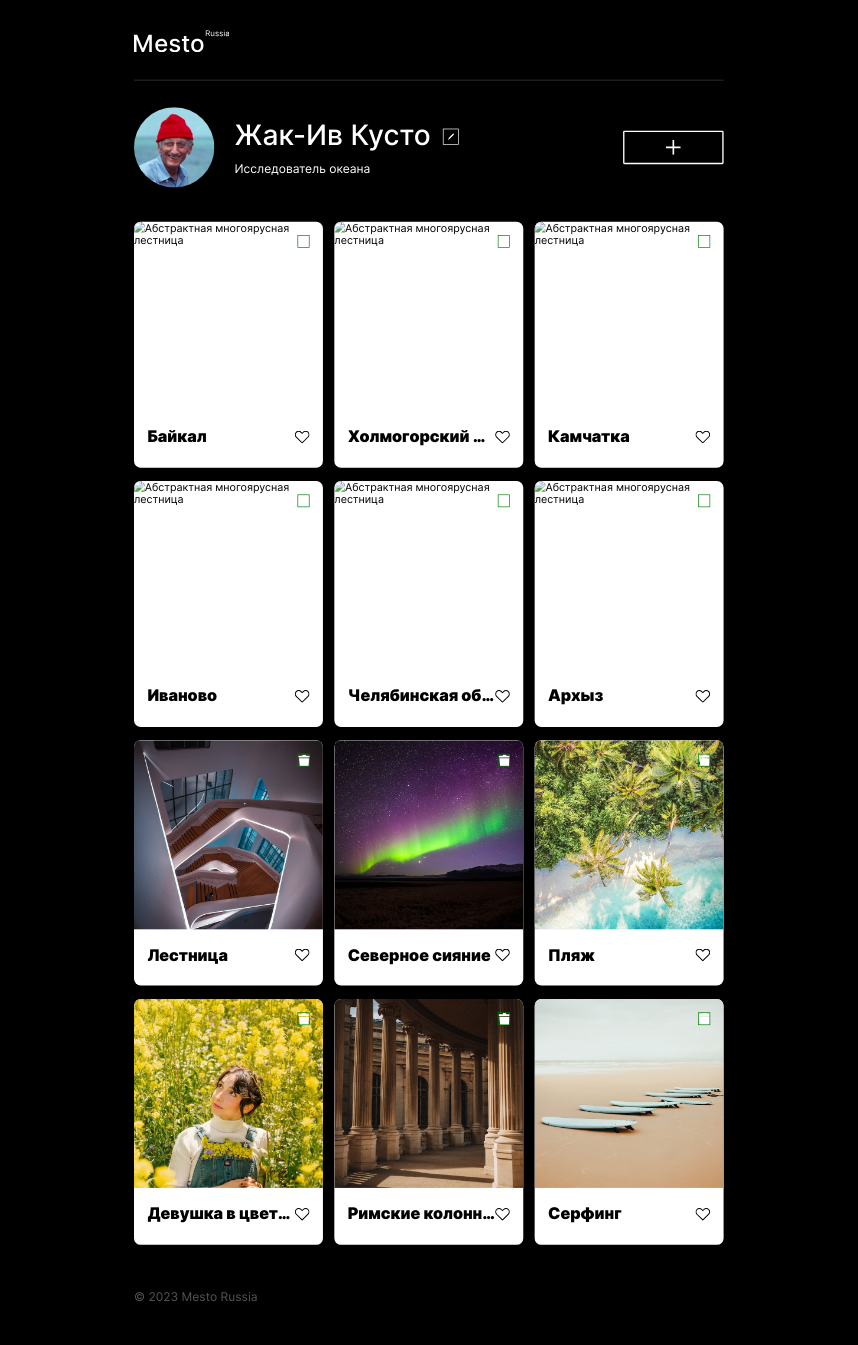
Repository: Dmitry-Rusinov/mesto
Page: index.html
These files come from the project's save history. The page is drawn as it stood at one moment and after the next save; the edit follows.
The browser window is 1280 px wide. The pictures show the whole page, at 67% of full size.

Above is the page before, as saved 2023-05-12 15:40:35.

### index.html
<!DOCTYPE html>
<html lang="ru">
  <head>
    <meta charset="UTF-8" />
    <meta name="viewport" content="width=device-width, initial-scale=1.0" />
    <link rel="stylesheet" href="./pages/index.css" />
    <title>Третий проект Яндекс.Практикум "Место"</title>
  </head>
  <body class="page">
    <div class="content">
      <header class="header">
        <img
          src="./images/logo.svg"
          alt="Логотип проекта Место.Россия"
          class="header__logo"
        />
      </header>
      <main>
        <section class="profile">
          <img
            src="./images/image.jpg"
            alt="Фотография пользователя"
            class="profile__avatar"
          />
          <div class="profile__info">
            <h1 class="profile__info-title">Жак-Ив Кусто</h1>
            <button
              type="button"
              title="Кнопка редактирования профиля"
              class="profile__edit-button"
            ></button>
            <p class="profile__subtitle">Исследователь океана</p>
          </div>
          <button
            type="button"
            title="Кнопка добавления фото-карточки"
            class="profile__add-button"
          ></button>
        </section>
        <section class="elements">
          <ul class="elements__card">
            <template id="template-card">
              <li class="elements__card-content">
              <img
                alt="Абстрактная многоярусная лестница"
                class="elements__picture"
              />
              <button type="button" title="Кнопка удаления карточки" class="elements__button-delete"></button>
              <div class="elements__description">
                <div class="elements__container">
                  <h2 class="elements__title"></h2>
                  <button
                    type="button"
                    title="Кнопка лайка картинки"
                    class="elements__button-like"
                  ></button>
                </div>
              </div>
              </li>
            </template>
            <li class="elements__card-content">
              <img
                src="./images/andrea-de-santis-Hu1ixxtInvs-unsplash.jpg"
                alt="Абстрактная многоярусная лестница"
                class="elements__picture"
              />
              <button type="button" title="Кнопка удаления карточки" class="elements__button-delete"></button>
              <div class="elements__description">
                <div class="elements__container">
                  <h2 class="elements__title">Лестница</h2>
                  <button
                    type="button"
                    title="Кнопка лайка картинки"
                    class="elements__button-like"
                  ></button>
                </div>
              </div>
            </li>
            <li class="elements__card-content">
              <img
                src="./images/david-becker-pEqvRg-o-PY-unsplash.jpg"
                alt="Северное сияние"
                class="elements__picture"
              />
              <button type="button" title="Кнопка удаления карточки" class="elements__button-delete"></button>
              <div class="elements__description">
                <div class="elements__container">
                  <h2 class="elements__title">Северное сияние</h2>
                  <button
                    type="button"
                    title="Кнопка лайка картинки"
                    class="elements__button-like"
                  ></button>
                </div>
              </div>
            </li>
            <li class="elements__card-content">
              <img
                src="./images/hamdhulla-shakeeb-S98UHzzXq_E-unsplash.jpg"
                alt="Пляж с пальмами и голубой водой"
                class="elements__picture"
              />
              <button type="button" title="Кнопка удаления карточки" class="elements__button-delete"></button>
              <div class="elements__description">
                <div class="elements__container">
                  <h2 class="elements__title">Пляж</h2>
                  <button
                    type="button"
                    title="Кнопка лайка картинки"
                    class="elements__button-like"
                  ></button>
                </div>
              </div>
            </li>
            <li class="elements__card-content">
              <img
                src="./images/josh-hild-znpfVkfxRgk-unsplash.jpg"
                alt="Девушка с удивленным взглядом в поле цветов"
                class="elements__picture"
              />
              <button type="button" title="Кнопка удаления карточки" class="elements__button-delete"></button>
              <div class="elements__description">
                <div class="elements__container">
                  <h2 class="elements__title">Девушка в цветах</h2>
                  <button
                    type="button"
                    title="Кнопка лайка картинки"
                    class="elements__button-like"
                  ></button>
                </div>
              </div>
            </li>
            <li class="elements__card-content">
              <img
                src="./images/mat-5DDrT2ioNuI-unsplash.jpg"
                alt="Римские колонны"
                class="elements__picture"
              />
              <button type="button" title="Кнопка удаления карточки" class="elements__button-delete"></button>
              <div class="elements__description">
                <div class="elements__container">
                  <h2 class="elements__title">Римские колонны</h2>
                  <button
                    type="button"
                    title="Кнопка лайка картинки"
                    class="elements__button-like"
                  ></button>
                </div>
              </div>
            </li>
            <li class="elements__card-content">
              <img
                src="./images/shana-van-roosbroek-nkS1Y4KsEAw-unsplash.jpg"
                alt="Доски для серфинга на пляже"
                class="elements__picture"
              />
              <button type="button" title="Кнопка удаления карточки" class="elements__button-delete"></button>
              <div class="elements__description">
                <div class="elements__container">
                  <h2 class="elements__title">Серфинг</h2>
                  <button
                    type="button"
                    title="Кнопка лайка картинки"
                    class="elements__button-like"
                  ></button>
                </div>
              </div>
            </li>
          </ul>
        </section>
      </main>
      <footer class="footer">
        <p class="footer__text">© 2023 Mesto Russia</p>
      </footer>
    </div>
    <div class="popup">
      <div class="popup__container">
        <button
          type="button"
          class="popup__closed"
          title="Кнопка закрытия формы"
        ></button>
        <h2 class="popup__title">Редактировать профиль</h2>
        <form name="form" class="popup__form">
          <fieldset class="popup__content">
            <input
              class="popup__input popup__input_user_name"
              type="text"
              id="user-name"
              placeholder="Как вас зовут?"
              minlength="1"
              maxlength="200"
              name="name"
            />
            <input
              class="popup__input popup__input_user_job"
              type="text"
              id="description"
              placeholder="Дополнитерьная информация"
              minlength="1"
              maxlength="400"
              name="job"
            />
          </fieldset>
          <button type="submit" class="popup__submit" value="eddit">
            Сохранить
          </button>
        </form>
      </div>
    </div>
    <script src="./scripts/index.js"></script>
  </body>
</html>

### pages/index.css
@import url(../vendor/normalize.css);
@import url(../vendor/fonts.css);
@import url(../blocks/page/page.css);
@import url(../blocks/content/content.css);

/*header*/
@import url(../blocks/header/header.css);
@import url(../blocks/header/__logo/header__logo.css);

/*profile*/
@import url(../blocks/profile/profile.css);
@import url(../blocks/profile/__add-button/profile__add-button.css);
@import url(../blocks/profile/__avatar/profile__avatar.css);
@import url(../blocks/profile/__edit-button/profile__edit-button.css);
@import url(../blocks/profile/__info/profile__info.css);
@import url(../blocks/profile/__info-title/profile__info-title.css);
@import url(../blocks/profile/__subtitle/profile__subtitle.css);

/*elements*/
@import url(../blocks/elements/elements.css);
@import url(../blocks/elements/__card/elements__card.css);
@import url(../blocks/elements/__button-like/elements__button-like.css);
@import url(../blocks/elements/__card-content/elements__card-content.css);
@import url(../blocks/elements/__container/elements__container.css);
@import url(../blocks/elements/__picture/elements__picture.css);
@import url(../blocks/elements/__title/elements__title.css);
@import url(../blocks/elements/__button-delete/elements__button-delete.css);

/*footer*/
@import url(../blocks/footer/footer.css);
@import url(../blocks/footer/__text/footer__text.css);

/*popup*/
@import url(../blocks/popup/popup.css);
@import url(../blocks/popup/__title/popup__title.css);
@import url(../blocks/popup/__submit/popup__submit.css);
@import url(../blocks/popup/_opened/popup_opened.css);
@import url(../blocks/popup/__input/popup__input.css);
@import url(../blocks/popup/__form/popup__form.css);
@import url(../blocks/popup/__content/popup__content.css);
@import url(../blocks/popup/__container/popup__container.css);
@import url(../blocks/popup/__closed/popup__closed.css);

### vendor/fonts.css
@font-face {
  font-family: 'Inter';
  font-style:  normal;
  font-weight: 400;
  font-display: swap;
  src: url("Inter-Regular.woff2?v=3.19") format("woff2"),
       url("Inter-Regular.woff?v=3.19") format("woff");
}
@font-face {
  font-family: 'Inter';
  font-style:  normal;
  font-weight: 500;
  font-display: swap;
  src: url("Inter-Medium.woff2?v=3.19") format("woff2"),
       url("Inter-Medium.woff?v=3.19") format("woff");
}
@font-face {
  font-family: 'Inter';
  font-style:  normal;
  font-weight: 900;
  font-display: swap;
  src: url("Inter-Black.woff2?v=3.19") format("woff2"),
       url("Inter-Black.woff?v=3.19") format("woff");
}

### blocks/page/page.css
.page {
  font-family: "Inter", Helvetica, Arial, sans-serif;
  background-color: #000000;
  -webkit-text-size-adjust: 100%;
  -ms-text-size-adjust: 100%;
  -moz-text-size-adjust: 100%;
  -webkit-font-smoothing: antialiased;
  -moz-osx-font-smoothing: grayscale;
  text-rendering: optimizeLegibility;
  margin: 0 auto;
  width: 100%;
}

### blocks/content/content.css
.content {
  max-width: calc(1280px - 2 * 200px);
  width: calc(100% - 2 * 200px);
  margin: 45px auto 60px;
  position: relative;
}

@media screen and (max-width: 1279px) {
  .content {
    max-width: calc(1279px - 2 * 15.6%);
    width: calc(100% - 2 * 15.6%);
  }
}

@media screen and (max-width: 768px) {
  .content {
    max-width: calc(768px - 2 * 6%);
    width: calc(100% - 2 * 6%);
    margin: 28px auto 36px;
  }
}

@media screen and (max-width: 320px) {
  .content {
    width: 100%;
  }
}

### blocks/header/header.css
.header {
  display: flex;
  flex-direction: column;
  justify-content: space-between;
  margin: 0;
  border-bottom: 1px solid rgba(84, 84, 84, 0.7);
}

### blocks/header/__logo/header__logo.css
.header__logo {
  object-fit: contain;
  margin-bottom: 41px;
  max-width: 142px;
}

@media screen and (max-width: 320px) {
  .header__logo {
    max-width: 103.74px;
    margin-bottom: 31.6px;
    margin-left: 27px;
  }
}

### blocks/profile/profile.css
.profile {
  display: flex;
  width: 100%;
  margin: 40px auto 0;
  align-items: center;
}
@media screen and (max-width: 980px) {
  .profile {
    flex-direction: column;
  }
}

### blocks/profile/__add-button/profile__add-button.css
.profile__add-button {
  background-image: url(../../../images/addBottonPlus.svg);
  width: 150px;
  height: 50px;
  background-repeat: no-repeat;
  background-position: center;
  background-color: transparent;
  border: 2px solid #ffffff;
  border-radius: 2px;
  box-sizing: border-box;
  cursor: pointer;
  align-self: center;
  margin-left: auto;
  transition: opacity 0.6s;
}

.profile__add-button:hover {
  opacity: 0.6;
}

@media screen and (max-width: 980px) {
  .profile__add-button {
    margin: auto;
    width: 330px;
  }
}

@media screen and (max-width: 425px) {
  .profile__add-button {
    width: 234px;
  }
}

@media screen and (max-width: 320px) {
  .profile__add-button {
    max-width: calc(320px - 2 * 19px);
    width: calc(100% - 2 * 19px);
    background-size: 16px;
  }
}

### blocks/profile/__avatar/profile__avatar.css
.profile__avatar {
  object-fit: cover;
  border-radius: 50%;
  width: 120px;
  height: 120px;
  margin-right: 30px;
  padding: 0;
}

@media screen and (max-width: 980px) {
  .profile__avatar {
    margin: 0 auto 26px;
  }
}

### blocks/profile/__edit-button/profile__edit-button.css
.profile__edit-button {
  border: 1px solid #ffffff;
  background-image: url(../../../images/edit-button.svg);
  height: 24px;
  width: 24px;
  background-color: transparent;
  background-position: center;
  cursor: pointer;
  transition: opacity 0.6s;
  box-sizing: border-box;
  padding: 0;
  background-repeat: no-repeat;
}

.profile__edit-button:hover {
  opacity: 0.6;
}

@media screen and (max-width: 425px) {
  .profile__edit-button {
    height: 18px;
    width: 18px;
    background-size: 8px;
  }
}

### blocks/profile/__info/profile__info.css
.profile__info {
  display: grid;
  grid-template-columns: 1fr 24px;
  column-gap: 18px;
  row-gap: 16px;
  align-items: baseline;
  box-sizing: border-box;
  max-width: 336px;
}

@media screen and (max-width: 980px) {
  .profile__info {
    margin: 0 auto 36px;
  }
}

@media screen and (max-width: 425px) {
  .profile__info {
    grid-template-columns: 1fr 18px;
    column-gap: 14px;
    row-gap: 10px;
  }
}

### blocks/profile/__info-title/profile__info-title.css
.profile__info-title {
  color: white;
  font-style: normal;
  font-weight: 500;
  font-size: 42px;
  line-height: 48px;
  margin: 0;
  padding: 0;
  text-overflow: ellipsis;
  white-space: nowrap;
  overflow: hidden;
  vertical-align: baseline;
}

@media screen and (max-width: 980px) {
  .profile__info-title {
    text-align: center;
  }
}

@media screen and (max-width: 425px) {
  .profile__info-title {
    font-size: 27px;
    line-height: 33px;
  }
}

### blocks/profile/__subtitle/profile__subtitle.css
.profile__subtitle {
  font-style: normal;
  font-weight: 400;
  font-size: 18px;
  line-height: 1.22;
  margin: 0;
  padding: 0;
  color: #ffffff;
  text-overflow: ellipsis;
  white-space: nowrap;
  overflow: hidden;
}

@media screen and (max-width: 980px) {
  .profile__subtitle {
    text-align: center;
    grid-column: 1 / 3;
  }
}

@media screen and (max-width: 425px) {
  .profile__subtitle {
    font-size: 14px;
    line-height: 17px;
  }
}

### blocks/elements/elements.css
.elements {
  margin: 51px auto 0;
}

@media screen and (max-width: 425px) {
  .elements {
    margin: 36px auto 0;
  }
}

### blocks/elements/__card/elements__card.css
.elements__card {
  list-style: none;
  display: grid;
  grid-template-columns: repeat(3, 1fr);
  column-gap: 17px;
  row-gap: 20px;
  margin: 0;
  padding: 0;
}

@media screen and (max-width: 1279px) {
  .elements__card {
    grid-template-columns: repeat(2, 1fr);
    max-width: max-content;
    margin: 0 auto;
  }
}

@media screen and (max-width: 980px) {
  .elements__card {
    grid-template-columns: 1fr;
  }
}

### blocks/elements/__button-like/elements__button-like.css
.elements__button-like {
  background-image: url(../../../images/botton-like.svg);
  width: 22px;
  height: 19px;
  border: 0;
  background-color: transparent;
  cursor: pointer;
  transition: opacity 0.6s;
}

.elements__button-like:hover {
  opacity: 0.5;
}

.elements__button-like:active {
  background-image: url(../../../images/button-like-active.svg);
  opacity: 1;
}

### blocks/elements/__card-content/elements__card-content.css
.elements__card-content {
  display: flex;
  position: relative;
  flex-direction: column;
  border-radius: 10px;
  margin: 0;
  padding: 0;
  overflow: hidden;
  background: #FFFFFF;
}

### blocks/elements/__container/elements__container.css
.elements__container {
  display: flex;
  justify-content: space-between;
  margin: 25px 20px 31px;
  align-items: center;
}

### blocks/elements/__picture/elements__picture.css
.elements__picture {
  height: 282px;
  width: 100%;
  object-fit: cover;
}

### blocks/elements/__title/elements__title.css
.elements__title {
  font-style: normal;
  font-weight: 900;
  font-size: 1.5em;
  line-height: 1.2;
  margin: 0;
  padding: 0;
  max-width: 220px;
  text-overflow: ellipsis;
  white-space: nowrap;
  overflow: hidden;
}

### blocks/elements/__button-delete/elements__button-delete.css
.elements__button-delete {
  position: absolute;
  background-image: url(../../../images/deleteCard-basket.svg);
  cursor: pointer;
  top: 20px;
  right: 20px;
  width: 18px;
  height: 19px;
  border: 1px solid green;
  background-color: transparent;
  background-repeat: no-repeat;
  transition: opacity 0.6s;
}

.elements__button-delete:hover {
  opacity: 0.6;
}

### blocks/footer/footer.css
.footer {
  max-width: 318px;
  margin-top: 67px;
  margin-right: auto;
}

@media screen and (max-width: 425px) {
  .footer {
    margin-top: 48px;
  }
}

### blocks/footer/__text/footer__text.css
.footer__text {
  font-style: normal;
  font-weight: 400;
  font-size: 18px;
  line-height: 22px;
  color: #545454;
  margin: 0;
  padding: 0;
}

@media screen and (max-width: 320px) {
  .footer__text {
    font-size: 14px;
    line-height: 17px;
    margin: 0 19px;
  }
}

### blocks/popup/popup.css
.popup {
  position: fixed;
  top: 0;
  left: 0;
  z-index: 5;
  width: 100%;
  height: 100%;
  display: none;
  background-color: rgba(0, 0, 0, 0.5);
  justify-content: center;
  align-items: center;
}

### blocks/popup/__title/popup__title.css
.popup__title {
  font-style: normal;
  font-weight: 900;
  font-size: 24px;
  line-height: 29px;
  margin: 0;
  padding: 0;
}

@media screen and (max-width: 768px) {
  .popup__title {
    font-size: 18px;
    line-height: 22px;
  }
}

### blocks/popup/__submit/popup__submit.css
.popup__submit {
  margin: 0;
  padding-top: 14px;
  padding-bottom: 14px;
  border-radius: 2px;
  background-color: #000000;
  color: #fff;
  width: 100%;
  font-style: normal;
  font-weight: 400;
  font-size: 18px;
  line-height: 22px;
  text-align: center;
  border: none;
  transition: .6s ease;
  cursor: pointer;
}

.popup__submit:hover {
  background-color: rgba(0, 0, 0, .8);
}

@media screen and (max-width: 768px) {
  .popup__submit {
    margin: 28px 0 0;
    font-size: 14px;
    line-height: 17px;
  }
}

### blocks/popup/__input/popup__input.css
.popup__input {
  border: none;
  border-bottom: 1px solid rgba(0, 0, 0, 0.2);
  padding: 13px 0 10px;
  margin: 0 0 17px;
  width: 100%;
  font-style: normal;
  font-weight: 400;
  font-size: 14px;
  line-height: 17px;
}

### blocks/popup/__form/popup__form.css
.popup__form {
  display: flex;
  flex-direction: column;
  box-sizing: border-box;
  margin-top: 35px;
}

@media screen and (max-width: 768px) {
  .popup__form {
    margin-top: 62px;
  }
}

### blocks/popup/__content/popup__content.css
.popup__content {
  padding: 0;
  margin: 0 0 31px;
  border: none;
  flex-direction: column;
}
@media screen and (max-width: 768px) {
  .popup__content {
    margin: 0;
  }
}

### blocks/popup/__container/popup__container.css
.popup__container {
  border-radius: 10px;
  background: #fff;
  width: 358px;
  position: relative;
  box-shadow: 0px 0px 25px rgba(0, 0, 0, 0.15);
  flex-direction: column;
  z-index: 5;
  padding: 34px 36px 37px;
}

@media screen and (max-width: 768px) {
  .popup__container {
    width: 238px;
    padding: 25px 22px;
  }
}

### blocks/popup/__closed/popup__closed.css
.popup__closed {
  position: absolute;
  top: -40px;
  right: -40px;
  transition: opacity 0.6s;
  cursor: pointer;
  background-image: url(../../../images/close-icon.svg);
  height: 32px;
  width: 32px;
  background-color: transparent;
  border: none;
}

.popup__closed:hover {
  opacity: 0.6;
}

@media screen and (max-width: 768px) {
  .popup__closed {
    top: -36px;
    right: 0;
    background-image: url(../../../images/close-icon-mini.svg);
    height: 20px;
    width: 20px;
  }
}

### scripts/index.js
const buttonPopupOpen = document.querySelector('.profile__edit-button');
const popup = document.querySelector('.popup');
const buttonPopupClosed = document.querySelector('.popup__closed');
let formElement = document.querySelector('.popup__form');
let nameInput = document.querySelector('.popup__input_user_name');
let jobInput = document.querySelector('.popup__input_user_job');
let newNameInput = document.querySelector('.profile__info-title');
let newJobInput = document.querySelector('.profile__subtitle');

const togglePopupState = (popupToToggle) => popupToToggle.classList.toggle('popup_opened');

buttonPopupOpen.addEventListener('click', () => {
  togglePopupState(popup);
  nameInput.value = newNameInput.textContent;
  jobInput.value = newJobInput.textContent;
});

buttonPopupClosed.addEventListener('click', () => togglePopupState(popup));
/*popup.addEventListener('click', (evt) => {
  if (evt.target === evt.currentTarget) {
    togglePopupState(popup)
  }
})*/

function handleFormSubmit (evt) {
    evt.preventDefault();
    newNameInput.textContent = nameInput.value;
    newJobInput.textContent = jobInput.value;
    togglePopupState(popup);
}
// Прикрепляем обработчик к форме:
// он будет следить за событием “submit” - «отправка»
formElement.addEventListener('submit', handleFormSubmit);

const elementsCard = document.querySelector('.elements__card');
const templateCard = document.querySelector('#template-card').content;
//const elementsPicture = document.querySelector('.elements__picture');
//const elementsTitle = document.querySelector('.elements__title');


const initialCards = [
  {
    name: 'Архыз',
    link: 'https://pictures.s3.yandex.net/frontend-developer/cards-compressed/arkhyz.jpg'
  },
  {
    name: 'Челябинская область',
    link: 'https://pictures.s3.yandex.net/frontend-developer/cards-compressed/chelyabinsk-oblast.jpg'
  },
  {
    name: 'Иваново',
    link: 'https://pictures.s3.yandex.net/frontend-developer/cards-compressed/ivanovo.jpg'
  },
  {
    name: 'Камчатка',
    link: 'https://pictures.s3.yandex.net/frontend-developer/cards-compressed/kamchatka.jpg'
  },
  {
    name: 'Холмогорский район',
    link: 'https://pictures.s3.yandex.net/frontend-developer/cards-compressed/kholmogorsky-rayon.jpg'
  },
  {
    name: 'Байкал',
    link: 'https://pictures.s3.yandex.net/frontend-developer/cards-compressed/baikal.jpg'
  }
];

const elementsInfo = initialCards.map((item) => {
  return {
    name: item.name,
    link: item.link
  };
});

function createCard({name, link}) {
  const changedElements = templateCard.querySelector('.elements__card-content').cloneNode(true);
  changedElements.querySelector('.elements__title').textContent = name;
  changedElements.querySelector('.elements__picture').src = link;
  elementsCard.prepend(changedElements);
}

function create() {
  elementsInfo.forEach(createCard);
}

create();

Loaded but not shown: vendor/normalize.css (library); blocks/popup/_opened/popup_opened.css (common file)

After the next save:
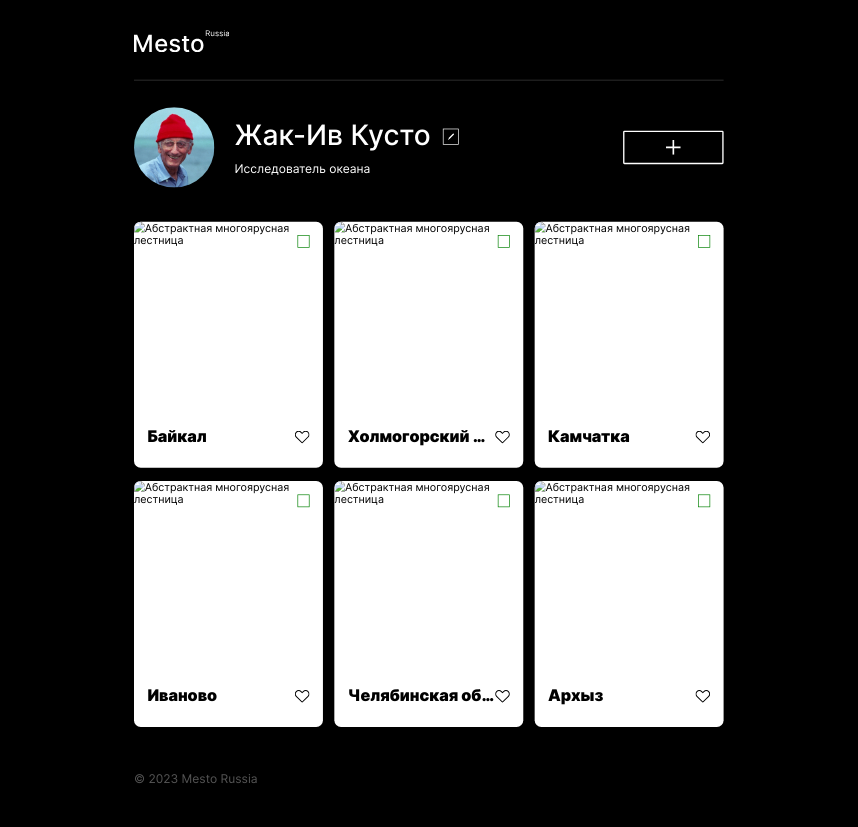
Saved 74 s later.
--- a/index.html
+++ b/index.html
@@ -58,7 +58,7 @@
               </div>
               </li>
             </template>
-            <li class="elements__card-content">
+            <!--<li class="elements__card-content">
               <img
                 src="./images/andrea-de-santis-Hu1ixxtInvs-unsplash.jpg"
                 alt="Абстрактная многоярусная лестница"
@@ -165,7 +165,7 @@
                   ></button>
                 </div>
               </div>
-            </li>
+            </li>-->
           </ul>
         </section>
       </main>
